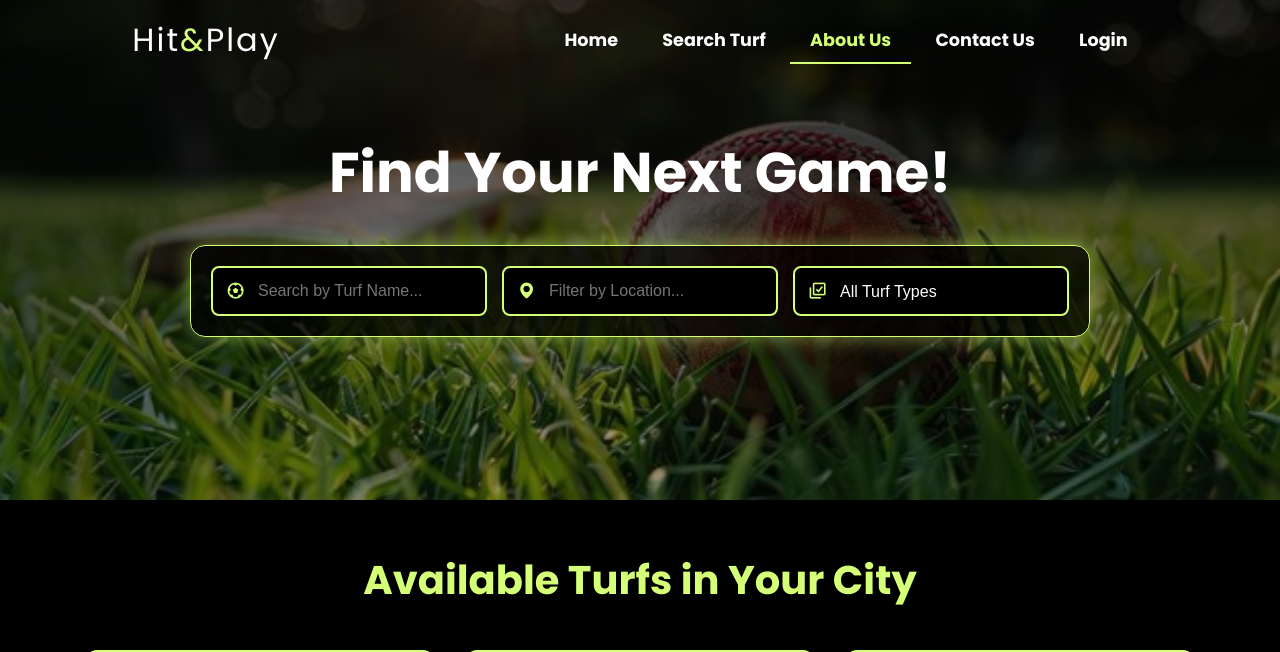
Repository: nilofar-nadaf/TurfBookingSystem
Page: http://localhost/searchTurf
The author's editor kept a copy of each file at every save. The page is drawn from the files as they stood at one save, then again after a run of saves.
The browser window is 1280 px wide. The pictures show the part of the page from y = 0 to 652 px (the page is 1622 px tall).
Pictures or frames that could not be fetched are drawn as grey boxes. The page is this project's Thymeleaf template; nobody is signed in. The template is opened directly, without the code that normally fills it, so the values that code supplies are empty.

Above is the page before, as saved 2025-10-16 17:50:54.

### CricketTurfBooking/CricketTurfBookingSystem/src/main/resources/templates/searchTurf.html
<!DOCTYPE html>
<html lang="en" xmlns:th="http://www.thymeleaf.org">
<head>
    <meta charset="UTF-8">
    <link rel="stylesheet" href="CSS/searchTurf.css">
    <meta name="viewport" content="width=device-width, initial-scale=1.0">
    <title>Hit&Play - Search & Book Turfs</title>
    <link href='https://unpkg.com/boxicons@2.1.4/css/boxicons.min.css' rel='stylesheet'>
    <style>
        /* CSS adapted from original input for consolidation */
        @import url('https://fonts.googleapis.com/css2?family=Poppins:ital,wght@0,100;0,200;0,300;0,400;0,500;0,600;0,700;0,800;0,900;1,200;1,500;1,600;1,700;1,800;1,900&display=swap');

        :root {
            /* Custom CSS variables for easy theming */
            --primary-color: #d4ff76; /* The bright green accent color */
            --dark-color: #000;
            --light-color: #fff;
            --shadow-color: rgba(212, 255, 118, 0.5);
            --shadow-base: rgba(0, 0, 0, 0.5);
        }

        /* Note: The main CSS is loaded from search_turf.css */
    </style>
</head>
<body>
    <header>
        <nav>
            <div class="logo">Hit<span class="hit">&</span>Play</div>
            <div class="menu">
				<a th:href="@{/home}">Home</a>
				           <a th:href="@{/searchTurf}">Search Turf</a>
				            <a th:href="@{/aboutUs}" style="border-bottom: 2px solid var(--primary-color); color: var(--primary-color);">About Us</a>
				            <a th:href="@{/contactUs}">Contact Us</a>
				            <a th:href="@{/login}">Login</a>
            </div>
        </nav>

        <div class="header-content">
            <h1>Find Your Next Game!</h1>

            <div class="search-box-container">
                <div class="search-box">
                    <input type="text" id="filterName" placeholder="Search by Turf Name..." onkeyup="filterTurfs()">
                    <i class='bx bx-football'></i>
                </div>
                <div class="search-box">
                    <input type="text" id="filterLocation" placeholder="Filter by Location..." onkeyup="filterTurfs()">
                    <i class='bx bxs-map'></i>
                </div>
                <div class="search-box">
                    <select id="filterType" onchange="filterTurfs()">
                        <option value="">All Turf Types</option>
                        <option value="Artificial Turf">Artificial Turf</option>
                        <option value="Natural Grass">Natural Grass</option>
                        <option value="Hybrid">Hybrid</option>
                        <option value="Clay">Clay</option>
                    </select>
                    <i class='bx bx-select-multiple'></i>
                </div>
            </div>

        </div>
    </header>

    <main class="turf-results">
        <h2>Available Turfs in Your City</h2>

        <div class="turf-card-container" id="turfCardContainer">

            <div class="turf-card" data-name="Power Play Arena" data-location="Kharadi, Pune" data-type="Artificial Turf" data-price="1500">
                <div class="card-image-box">
                    <img src="https://picsum.photos/id/10/350/200" alt="Turf Image: Power Play" class="card-image">
                </div>
                <div class="card-info">
                    <h3>Power Play Arena</h3>
                    <div class="location"><i class='bx bxs-map'></i> Kharadi, Pune</div>
                    <div class="rating">
                        <i class='bx bxs-star yellow'></i>
                        <i class='bx bxs-star yellow'></i>
                        <i class='bx bxs-star yellow'></i>
                        <i class='bx bxs-star yellow'></i>
                        <i class='bx bxs-star-half yellow'></i> 4.5
                    </div>
                    <div class="details-row">
                        <span class="price">₹1500 <small>/hr</small></span>
                        <button class="book-btn" onclick="goToBooking(this.closest('.turf-card'))">Book Now</button>
                    </div>
                    <small class="type">Artificial Turf</small>
                </div>
            </div>

            <div class="turf-card" data-name="Green Goals Pitch" data-location="Hinjewadi, Pune" data-type="Artificial Turf" data-price="1400">
                <div class="card-image-box">
                    <img src="https://picsum.photos/id/11/350/200" alt="Turf Image: Green Goals" class="card-image">
                </div>
                <div class="card-info">
                    <h3>Green Goals Pitch</h3>
                    <div class="location"><i class='bx bxs-map'></i> Hinjewadi, Pune</div>
                    <div class="rating">
                        <i class='bx bxs-star yellow'></i>
                        <i class='bx bxs-star yellow'></i>
                        <i class='bx bxs-star yellow'></i>
                        <i class='bx bxs-star yellow'></i> 4.0
                    </div>
                    <div class="details-row">
                        <span class="price">₹1400 <small>/hr</small></span>
                        <button class="book-btn" onclick="goToBooking(this.closest('.turf-card'))">Book Now</button>
                    </div>
                    <small class="type">Artificial Turf</small>
                </div>
            </div>

            <div class="turf-card" data-name="Champions Court" data-location="Viman Nagar, Pune" data-type="Natural Grass" data-price="1800">
                <div class="card-image-box">
                    <img src="https://picsum.photos/id/12/350/200" alt="Turf Image: Champions Court" class="card-image">
                </div>
                <div class="card-info">
                    <h3>Champions Court</h3>
                    <div class="location"><i class='bx bxs-map'></i> Viman Nagar, Pune</div>
                    <div class="rating">
                        <i class='bx bxs-star yellow'></i>
                        <i class='bx bxs-star yellow'></i>
                        <i class='bx bxs-star yellow'></i>
                        <i class='bx bxs-star yellow'></i>
                        <i class='bx bxs-star yellow'></i> 5.0
                    </div>
                    <div class="details-row">
                        <span class="price">₹1800 <small>/hr</small></span>
                        <button class="book-btn" onclick="goToBooking(this.closest('.turf-card'))">Book Now</button>
                    </div>
                    <small class="type">Natural Grass</small>
                </div>
            </div>

            <div class="turf-card" data-name="Alley Kick Ground" data-location="Deccan Gymkhana, Pune" data-type="Artificial Turf" data-price="900">
                <div class="card-image-box">
                    <img src="https://picsum.photos/id/13/350/200" alt="Turf Image: Alley Kick" class="card-image">
                </div>
                <div class="card-info">
                    <h3>Alley Kick Ground</h3>
                    <div class="location"><i class='bx bxs-map'></i> Deccan Gymkhana, Pune</div>
                    <div class="rating">
                        <i class='bx bxs-star yellow'></i>
                        <i class='bx bxs-star yellow'></i>
                        <i class='bx bxs-star yellow'></i> 3.0
                    </div>
                    <div class="details-row">
                        <span class="price">₹900 <small>/hr</small></span>
                        <button class="book-btn" onclick="goToBooking(this.closest('.turf-card'))">Book Now</button>
                    </div>
                    <small class="type">Artificial Turf</small>
                </div>
            </div>

            <div class="turf-card" data-name="The Goalkeeper Turf" data-location="Baner, Pune" data-type="Natural Grass" data-price="1000">
                <div class="card-image-box">
                    <img src="https://picsum.photos/id/14/350/200" alt="Turf Image: The Goalkeeper" class="card-image">
                </div>
                <div class="card-info">
                    <h3>The Goalkeeper Turf</h3>
                    <div class="location"><i class='bx bxs-map'></i> Baner, Pune</div>
                    <div class="rating">
                        <i class='bx bxs-star yellow'></i>
                        <i class='bx bxs-star yellow'></i>
                        <i class='bx bxs-star yellow'></i>
                        <i class='bx bxs-star-half yellow'></i> 3.5
                    </div>
                    <div class="details-row">
                        <span class="price">₹1000 <small>/hr</small></span>
                        <button class="book-btn" onclick="goToBooking(this.closest('.turf-card'))">Book Now</button>
                    </div>
                    <small class="type">Natural Grass</small>
                </div>
            </div>

            <div class="turf-card" data-name="The Fast Bowler" data-location="Kothrud, Pune" data-type="Hybrid" data-price="1250">
                <div class="card-image-box">
                    <img src="https://picsum.photos/id/15/350/200" alt="Turf Image: Fast Bowler" class="card-image">
                </div>
                <div class="card-info">
                    <h3>The Fast Bowler</h3>
                    <div class="location"><i class='bx bxs-map'></i> Kothrud, Pune</div>
                    <div class="rating">
                        <i class='bx bxs-star yellow'></i>
                        <i class='bx bxs-star yellow'></i>
                        <i class='bx bxs-star yellow'></i>
                        <i class='bx bxs-star-half yellow'></i> 3.8
                    </div>
                    <div class="details-row">
                        <span class="price">₹1250 <small>/hr</small></span>
                        <button class="book-btn" onclick="goToBooking(this.closest('.turf-card'))">Book Now</button>
                    </div>
                    <small class="type">Hybrid</small>
                </div>
            </div>

            <div id="noResultsMessage" style="display: none; width: 100%; text-align: center; color: var(--primary-color); font-size: 1.2rem; margin-top: 30px;">
                No turfs match your search criteria. Try a different filter!
            </div>

        </div>
    </main>

    <script>
        // Function to handle the Book Now click and pass data via URL
        function goToBooking(card) {
            const turfName = encodeURIComponent(card.getAttribute('data-name'));
            const turfLocation = encodeURIComponent(card.getAttribute('data-location'));
            const turfPrice = encodeURIComponent(card.getAttribute('data-price'));

            // Build the URL with the selected turf data
            window.location.href = `booknow.html?name=${turfName}&location=${turfLocation}&price=${turfPrice}`;
        }
    </script>
    <script src="search_turf.js"></script>
</body>
</html>

### CricketTurfBooking/CricketTurfBookingSystem/src/main/resources/static/css/searchTurf.css
@import url('https://fonts.googleapis.com/css2?family=Poppins:ital,wght@0,100;0,200;0,300;0,400;0,500;0,600;0,700;0,800;0,900;1,200;1,500;1,600;1,700;1,800;1,900&display=swap');
*{
    padding: 0;
    margin: 0;
    box-sizing: border-box;
}

:root {
    --primary-color: #d4ff76; /* Neon Green */
    --dark-color: #000;
    --card-bg-color: #1a1a1a;
    --text-color: #fff;
    --yellow-star: #ffc107;
}

body {
    background-color: var(--dark-color);
    font-family: 'Poppins', sans-serif;
}

header{
    width: 100%;
    min-height: 500px; /* Reduced min-height to accommodate new search boxes */
    background: linear-gradient(rgba(0,0,0,0.8),rgba(0,0,0,0.3)), url(Images/home4.jpg);
    background-size: cover;
    background-position: center;
    padding-bottom: 50px;
}

nav{
    width: 100%;
    height: 80px; /* Reduced height */
    display: flex;
    justify-content: space-around;
    align-items: center;
    color: var(--text-color);
}
.logo{
    font-size: 2em;
    letter-spacing: 2px;
}
.logo .hit{
    color: var(--primary-color);
}

.menu a{
    text-decoration: none;
    color: var(--text-color);
    padding: 10px 20px;
    font-weight: bold;
    font-size: 1.1em;
    transition: all 0.3s ease;
}

.menu a:hover{
    border-bottom: 2px solid var(--primary-color);
    color: var(--primary-color);
}

.header-content{
    width: 100%;
    text-align: center;
    margin-top: 50px;
    padding: 0 20px;
}

.header-content h1{
    font-size: 3.5em;
    color: var(--text-color);
    margin-bottom: 30px;
}

/* NEW: Multi-input Search Box Container */
.search-box-container {
    display: flex;
    justify-content: center;
    gap: 15px;
    max-width: 900px;
    margin: 0 auto;
    padding: 20px;
    background: rgba(0, 0, 0, 0.7);
    border-radius: 15px;
    border: 1px solid var(--primary-color);
    box-shadow: 0 0 20px var(--shadow-color);
}

.search-box {
    position: relative;
    flex: 1;
    min-width: 200px;
}

.search-box input,
.search-box select {
    width: 100%;
    height: 50px;
    padding: 0 15px 0 45px; /* Adjust padding for icon */
    border: 2px solid var(--primary-color);
    background: var(--dark-color);
    color: var(--text-color);
    font-size: 1em;
    border-radius: 8px;
    outline: none;
    transition: all 0.3s ease;
}

.search-box input:focus,
.search-box select:focus {
    box-shadow: 0 0 10px var(--primary-color);
}

.search-box select {
    appearance: none; /* Hide default dropdown arrow */
    cursor: pointer;
}

.search-box select option {
    background: var(--dark-color);
    color: var(--primary-color);
}

.search-box i {
    position: absolute;
    left: 15px;
    top: 50%;
    transform: translateY(-50%);
    font-size: 1.2em;
    color: var(--primary-color);
}


/* --- TURF CARD STYLES --- */

.turf-results {
    padding: 50px 20px;
}

.turf-results h2 {
    color: var(--primary-color);
    text-align: center;
    margin-bottom: 40px;
    font-size: 2.5em;
}

.turf-card-container {
    display: flex;
    flex-wrap: wrap;
    gap: 30px;
    justify-content: center;
    max-width: 1200px;
    margin: 0 auto;
}

.turf-card {
    background-color: var(--card-bg-color);
    border: 2px solid var(--primary-color);
    border-radius: 12px;
    overflow: hidden;
    box-shadow: 0 8px 16px var(--shadow-base);
    transition: transform 0.3s, box-shadow 0.3s;
    width: 100%;
    max-width: 350px;
    display: flex;
    flex-direction: column;
}

.turf-card:hover {
    transform: translateY(-8px);
    box-shadow: 0 15px 30px var(--shadow-color);
}

/* NEW: Card Image Styling */
.card-image-box {
    width: 100%;
    height: 200px;
    overflow: hidden;
    border-bottom: 3px solid var(--primary-color);
}

.card-image {
    width: 100%;
    height: 100%;
    object-fit: cover;
    transition: transform 0.5s ease;
}

.turf-card:hover .card-image {
    transform: scale(1.05);
}

.card-info {
    padding: 20px;
    flex-grow: 1; /* Makes sure the info box takes up remaining height */
}

.card-info h3 {
    font-size: 1.5rem;
    margin-bottom: 10px;
    color: var(--primary-color);
}

.card-info .location {
    font-size: 0.95rem;
    margin-bottom: 15px;
    color: #ccc;
}

.card-info .location i {
    color: var(--primary-color);
    margin-right: 5px;
}

.card-info .rating {
    margin-bottom: 15px;
    font-size: 1.1rem;
    color: var(--text-color);
}

.card-info .rating .yellow {
    color: var(--yellow-star);
}

.details-row {
    display: flex;
    justify-content: space-between;
    align-items: center;
    margin-top: 15px;
}

.price {
    font-size: 1.8rem;
    font-weight: 600;
    color: var(--text-color);
}

.price small {
    font-size: 0.8rem;
    color: var(--primary-color);
}

.book-btn {
    background-color: var(--primary-color);
    color: var(--dark-color);
    padding: 10px 20px;
    border: none;
    border-radius: 5px;
    cursor: pointer;
    font-weight: 700;
    transition: background-color 0.3s, transform 0.1s;
    text-transform: uppercase;
}

.book-btn:hover {
    background-color: #aaff00; /* Slightly darker neon on hover */
    transform: translateY(-2px);
}

.card-info .type {
    display: block;
    margin-top: 15px;
    font-size: 0.85rem;
    font-weight: 500;
    color: var(--primary-color);
    text-align: right;
}

/* Responsive adjustments */
@media (max-width: 992px) {
    .search-box-container {
        flex-direction: column;
        gap: 10px;
        max-width: 500px;
    }

    .header-content h1 {
        font-size: 2.5em;
    }
}

@media (max-width: 600px) {
    nav {
        flex-direction: column;
        height: auto;
        padding: 15px 0;
    }
    .menu {
        margin-top: 10px;
    }
    .menu a {
        padding: 5px 10px;
    }
}

### CricketTurfBooking/CricketTurfBookingSystem/src/main/resources/static/js/search_turf.js
document.addEventListener('DOMContentLoaded', () => {
    // Initial call to ensure all turfs are visible on load
    filterTurfs();
});

/**
 * Filters the turf cards based on the input from the Name, Location, and Type filters.
 */
function filterTurfs() {
    const filterNameInput = document.getElementById('filterName');
    const filterLocationInput = document.getElementById('filterLocation');
    const filterTypeSelect = document.getElementById('filterType');
    const turfCards = document.querySelectorAll('.turf-card');
    const noResultsMessage = document.getElementById('noResultsMessage');
    let foundResults = false;

    // Normalize search terms for case-insensitive matching
    const nameSearch = filterNameInput.value.toLowerCase().trim();
    const locationSearch = filterLocationInput.value.toLowerCase().trim();
    const typeSearch = filterTypeSelect.value.toLowerCase(); // Already an exact value or empty string

    turfCards.forEach(card => {
        // Get the data attributes from the card
        const turfName = card.getAttribute('data-name').toLowerCase();
        const turfLocation = card.getAttribute('data-location').toLowerCase();
        const turfType = card.getAttribute('data-type').toLowerCase();

        // Check if the card matches all filter criteria
        const nameMatch = turfName.includes(nameSearch);
        const locationMatch = turfLocation.includes(locationSearch);
        // The type filter is an exact match unless the search is "All Turf Types" (empty string)
        const typeMatch = (typeSearch === "" || turfType === typeSearch);

        if (nameMatch && locationMatch && typeMatch) {
            // Show the card
            card.style.display = 'flex';
            foundResults = true;
        } else {
            // Hide the card
            card.style.display = 'none';
        }
    });

    // Toggle the "No Results" message
    if (noResultsMessage) {
        if (foundResults) {
            noResultsMessage.style.display = 'none';
        } else {
            noResultsMessage.style.display = 'block';
        }
    }
}

After the next 2 saves:
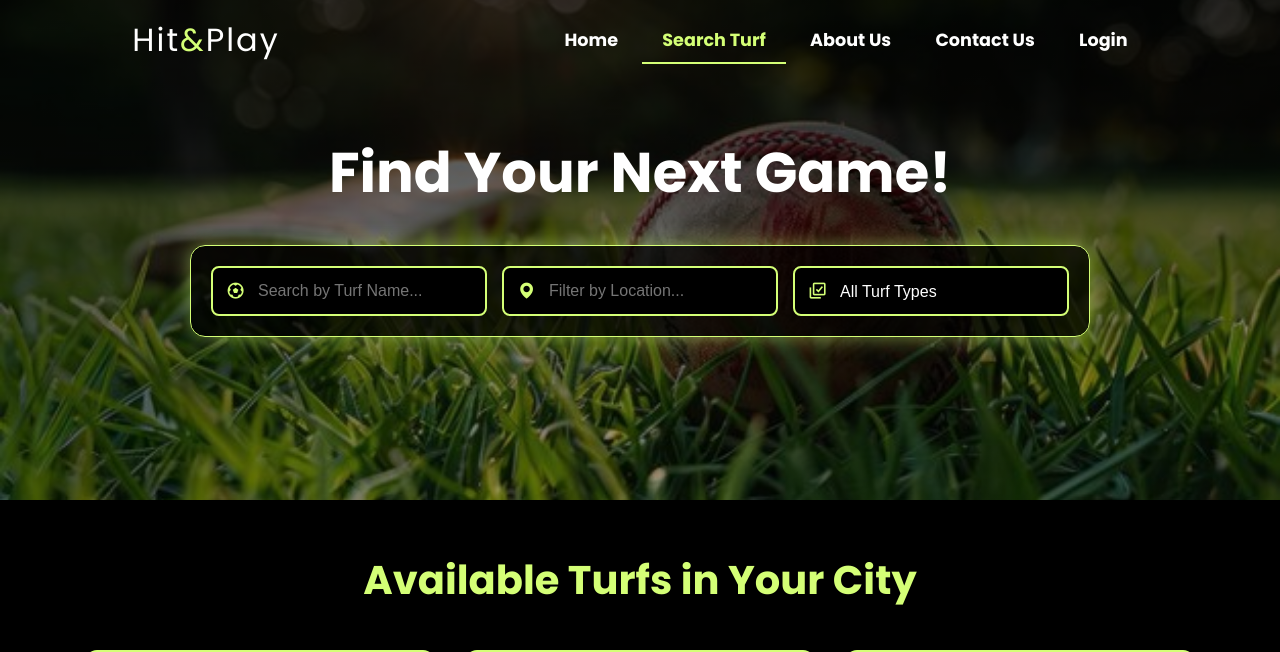
The 2 saves are shown as one change because 1 did not build or start.
The last was saved 40 s later.
--- a/CricketTurfBooking/CricketTurfBookingSystem/src/main/resources/templates/searchTurf.html
+++ b/CricketTurfBooking/CricketTurfBookingSystem/src/main/resources/templates/searchTurf.html
@@ -28,8 +28,8 @@
             <div class="logo">Hit<span class="hit">&</span>Play</div>
             <div class="menu">
 				<a th:href="@{/home}">Home</a>
-				           <a th:href="@{/searchTurf}">Search Turf</a>
-				            <a th:href="@{/aboutUs}" style="border-bottom: 2px solid var(--primary-color); color: var(--primary-color);">About Us</a>
+				           <a th:href="@{/searchTurf}" style="border-bottom: 2px solid var(--primary-color); color: var(--primary-color);">Search Turf</a>
+				            <a th:href="@{/aboutUs}">About Us</a>
 				            <a th:href="@{/contactUs}">Contact Us</a>
 				            <a th:href="@{/login}">Login</a>
             </div>
